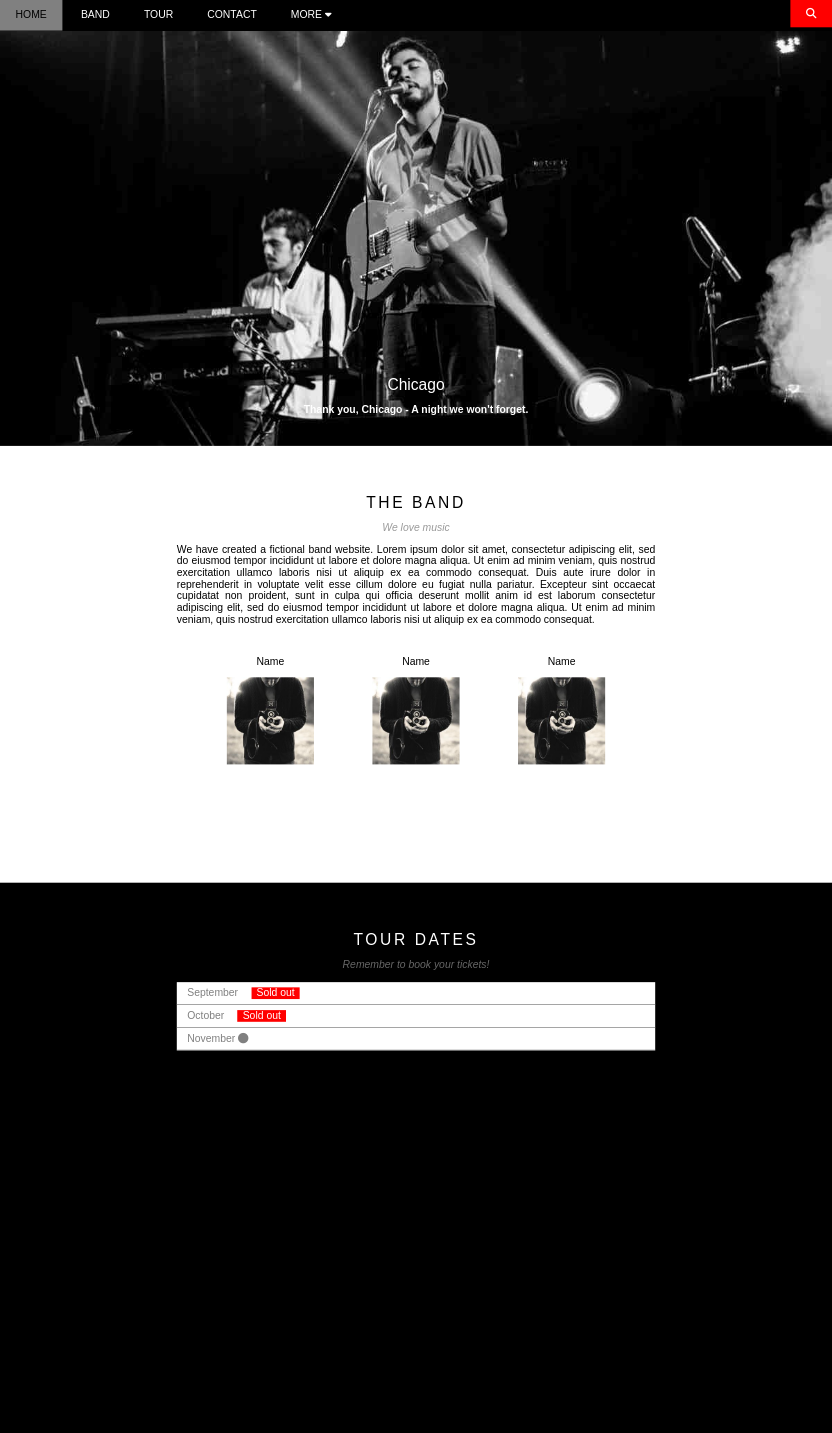
Repository: ngotranphuongbao/theband
Page: index.html
These files come from the project's save history. The page is drawn as it stood at one moment and after the next save; the edit follows.
The browser window is 1280 px wide. The pictures show the whole page, at 65% of full size.
Some web libraries are served in a nearby version.

Above is the page before, as saved 2022-12-21 22:42:46.

After the next save:
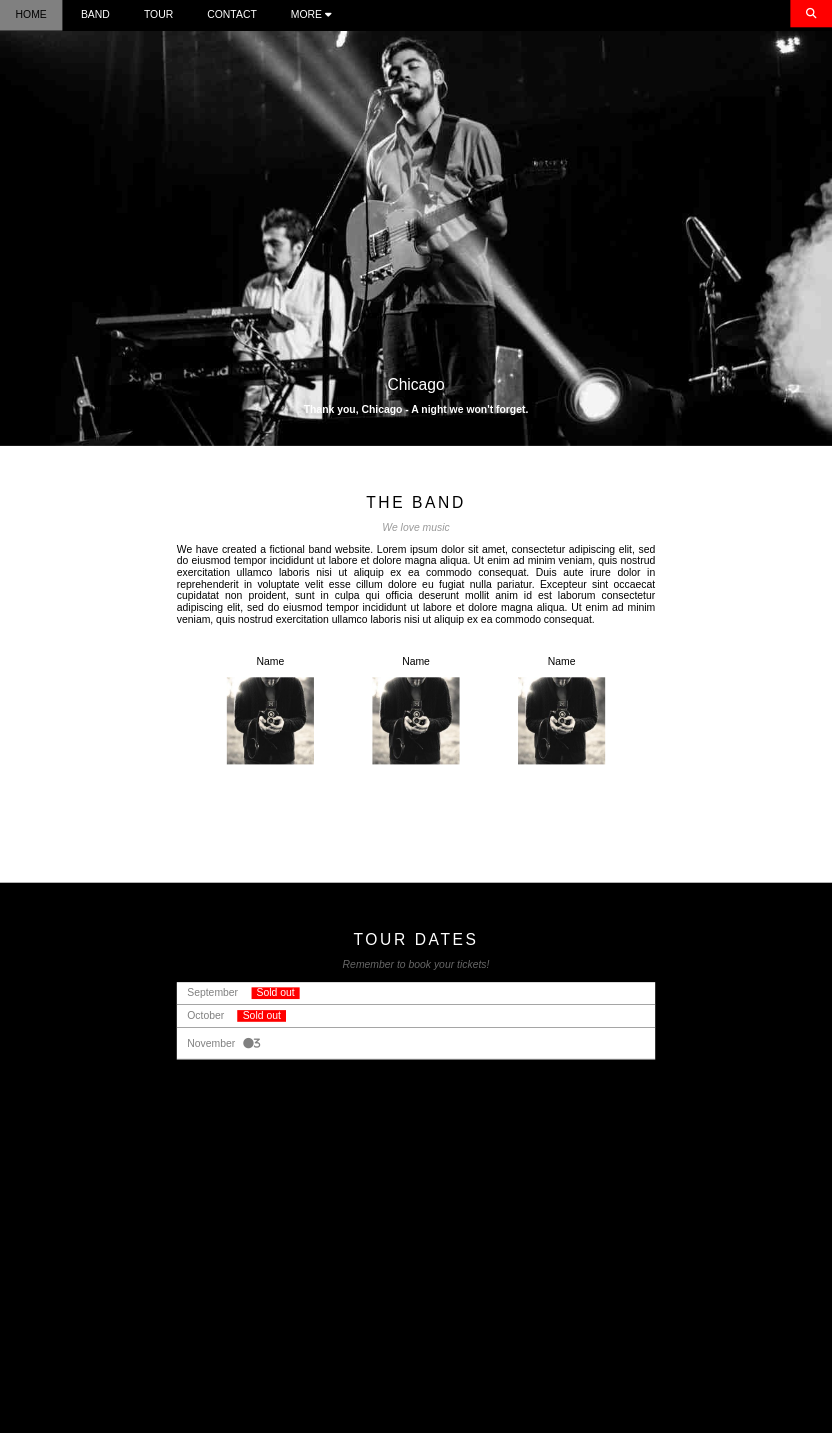
Saved 85 s later.
--- a/index.html
+++ b/index.html
@@ -81,7 +81,7 @@
                         </li>
                         <li>
                             November
-                            <i class="fa-solid fa-circle"></i>
+                            <i class="fa-solid fa-circle">3</i>
                         </li>
                     </ul>
                 </div>
--- a/assets/css/style.css
+++ b/assets/css/style.css
@@ -209,8 +209,9 @@ html {
     color: white;
 }
 
-.fa-circle-3 {
-    background-color: black;
+.fa-circle {
+    margin-right: 16px;
+    padding: 8px;
 }
 #footer {
 
